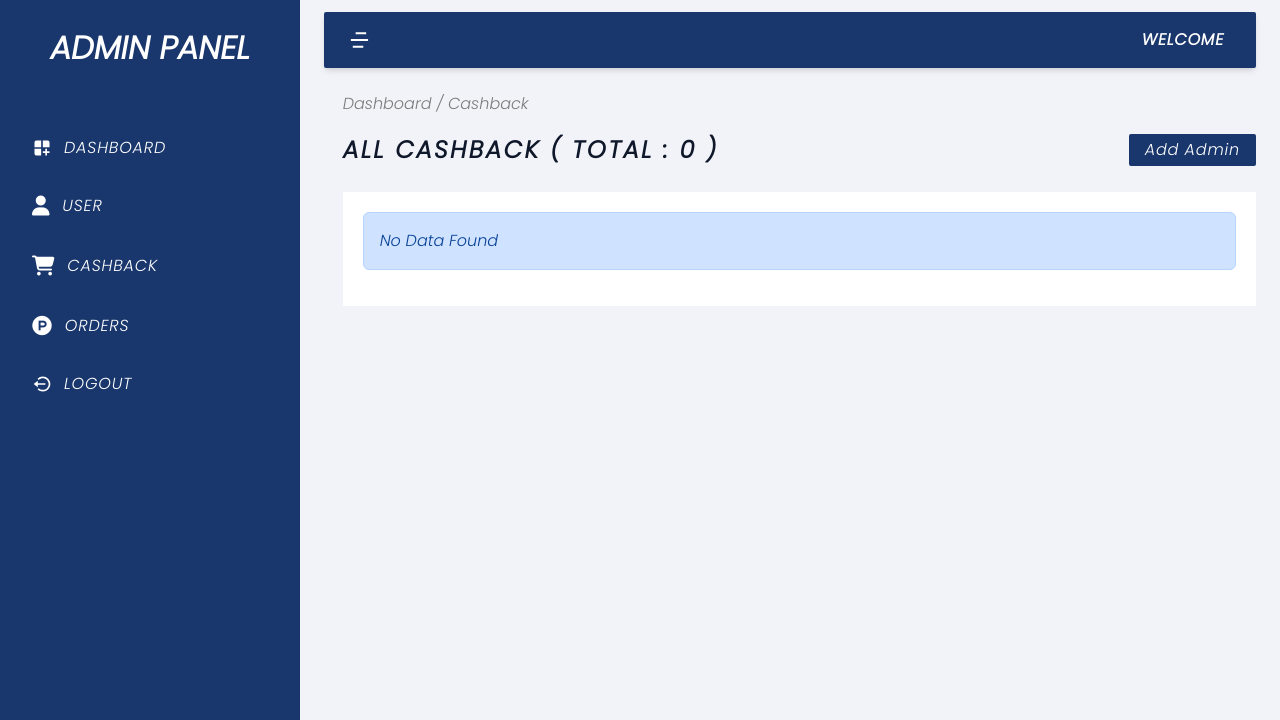
Repository: FlyweisReact/Ankit-Pandey-Admin-Panel
Page: /Customer
An editor plug-in stored every save of this project. The page is shown before and after the next save, followed by the edit.
The browser window is 1280 px wide. The pictures show the whole page.
The page's requests for data from a server got no answer. Some web libraries are served in a nearby version. The project was rebuilt for these pictures with package versions that can differ from the ones it lists, and the page was loaded fresh each time. No one was signed in, and anything a server would have sent is missing. Also part of the build but not shown: src/E-CommerceAdmin/pages/EAdmin.js. Imported but missing from the stored project, and not drawn on this page: src/E-CommerceAdmin/forms/Login, src/E-CommerceAdmin/pages/Dashboard, src/E-CommerceAdmin/pages/EAdminOrders.

Above is the page before, as saved 2023-06-16 15:08:19.

### public/index.html
<!-- @format -->

<!DOCTYPE html>
<html lang="en">
  <head>
    <meta charset="utf-8" />
    <meta name="viewport" content="width=device-width, initial-scale=1" />
    <meta name="theme-color" content="#000000" />
    <meta
      name="description"
      content="Web site created using create-react-app"
    />
    <link rel="icon" href="%PUBLIC_URL%/favicon.png" />
    <link rel="manifest" href="%PUBLIC_URL%/manifest.json" />
    <link rel="preconnect" href="https://fonts.googleapis.com">
<link rel="preconnect" href="https://fonts.gstatic.com" crossorigin>
<link href="https://fonts.googleapis.com/css2?family=Roboto+Mono:ital,wght@1,300&display=swap" rel="stylesheet">
    <title>Logo Fx</title>
  </head>
  <body>
    <noscript>You need to enable JavaScript to run this app.</noscript>
    <div id="root"></div>
    <script src="https://code.jquery.com/jquery-3.6.0.min.js"></script>
    <script src="https://kit.fontawesome.com/b533b351e4.js" crossorigin="anonymous"></script>
  </body>
</html>

### src/index.js
import React from "react";
import ReactDOM from "react-dom/client";
import "./index.css";
import App from "./App";
import { BrowserRouter } from "react-router-dom";
import 'bootstrap/dist/css/bootstrap.min.css'

const root = ReactDOM.createRoot(document.getElementById("root"));
root.render(
  <React.StrictMode>
    <BrowserRouter>
      <App />
    </BrowserRouter>
  </React.StrictMode>
);

### src/index.css
/** @format */

@tailwind base;
@tailwind components;
@tailwind utilities;

@import url("https://fonts.googleapis.com/css2?family=Roboto+Mono:ital,wght@1,300&display=swap");
@font-face {
  font-family: Roboto;
  src: url("./Fonts/Poppins-LightItalic.ttf");
}

body {
  margin: 0;
  font-family: Roboto !important;
  -webkit-font-smoothing: antialiased;
  -moz-osx-font-smoothing: grayscale;
}

code {
  font-family: Roboto !important;
}

html {
  font-family: Roboto !important;
}

::-webkit-scrollbar {
  width: 10px;
}
.fa-trash {
  color: red;
  cursor: pointer;
}

.iCOn {
  transition: 0.5s;
  box-shadow: none;
  transform: scale(1);
}
.cardDiv {
  cursor: pointer;
}

.cardDiv:hover .iCOn {
  box-shadow: rgba(0, 0, 0, 0.35) 0px 5px 15px;
  transform: scale(1.3);
}

/* Track */
::-webkit-scrollbar-track {
  background: #f1f1f1;
}

/* Handle */
::-webkit-scrollbar-thumb {
  background: #888;
}

/* Handle on hover */
::-webkit-scrollbar-thumb:hover {
  background: #555;
}
.profileImage {
  width: 100px;
}
.fa-eye {
  color: #029aff;
  cursor: pointer;
}
.fa-edit {
  cursor: pointer;
  color: blue;
}

.View {
  border: 1px solid black;
  width: 100%;
  padding: 10px;
}

.main-card--container {
  display: grid;
  grid-template-columns: repeat(3, minmax(300px, 500px));
  grid-gap: 50px;
  justify-content: space-around;
}
.card-container {
  margin: 25px 0 auto;
  box-shadow: rgba(0, 0, 0, 0.35) 0px 5px 15px;
  position: relative;
  display: grid;
  grid-template-columns: 1fr;
  justify-content: space-around;
  align-items: flex-start;
}

.myEdit:focus {
  box-shadow: rgba(0, 0, 0, 0.35) 0px 5px 15px;
}

.AstroLogin {
  color: #fff;
  background-color: #2b7a8e;
  padding: 10px;
  width: 380px;
  text-align: center;
  font-size: 20px;
  background: linear-gradient(to left, #2b7a8e 50%, #fff 50%) right;
  background-size: 200%;
  transition: 0.5s ease-out;
  border: 1px solid #2b7a8e;
  margin-top: 10px;
  text-transform: uppercase;
}
.AstroLogin:hover {
  background-position: left;
  color: #2b7a8e;
}

.EcommerceAdminLogin {
  color: #fff;
  background-color: #19376d;
  padding: 10px;
  width: 380px;
  text-align: center;
  font-size: 20px;
  background: linear-gradient(to left, #19376d 50%, #fff 50%) right;
  background-size: 200%;
  transition: 0.5s ease-out;
  border: 1px solid #19376d;
  margin-top: 10px;
  text-transform: uppercase;
}

.EcommerceAdminLogin:hover {
  background-position: left;
  color: #19376d;
}
.EcommerceVendorLogin {
  color: #fff;
  background-color: #576cbc;
  padding: 10px;
  width: 380px;
  text-align: center;
  font-size: 20px;
  background: linear-gradient(to left, #576cbc 50%, #fff 50%) right;
  background-size: 200%;
  transition: 0.5s ease-out;
  border: 1px solid #576cbc;
  margin-top: 10px;
  text-transform: uppercase;
}

.EcommerceVendorLogin:hover {
  background-position: left;
  color: #576cbc;
}

.view {
  background-color: #2196f3;
  color: #fff;
  width: 50%;
  padding: 5px;
}

.two-sec {
  display: flex;
  justify-content: space-evenly;
  justify-content: space-evenly;
}
.two-sec .left {
  width: 60%;
  background-color: #f6f1ef;
  padding: 20px;
}
.two-sec .left .head {
  font-size: 25px;
  font-weight: bold;
}

.two-sec .right {
  width: 30%;
  background-color: #f6f1ef;
}

.searchDiv {
  width: 100%;
  display: flex;
  gap: 10px;
  border: 1px solid rgb(179, 179, 179);
  padding: 10px;
  margin-bottom: 20px;
  align-items: center;
}
.searchDiv input {
  width: 94%;
  outline: none;
  border: none;
}

.flexCont {
  display: flex;
  align-items: center;
  gap: 10px;
}
.flexCont img {
  width: 60px;
  background-color: #e9ecef;
}

.blockContent {
  display: block;
}
.blockContent p {
  margin: 0;
}

.checkBox {
  width: 50px;
  height: 25px;
  background-color: #e9ecef;
  border-radius: 50px;
  position: relative;
  cursor: pointer;
}
.checkBox span {
  width: 20px;
  height: 20px;
  border-radius: 100%;
  background-color: #fff;
  position: absolute;
  left: 5px;
  top: 2px;
}
.ActivecheckBox {
  width: 50px;
  height: 25px;
  background-color: #0d6efd;
  border-radius: 50px;
  position: relative;
  cursor: pointer;
}
.ActivecheckBox span {
  width: 20px;
  height: 20px;
  border-radius: 100%;
  background-color: #fff;
  position: absolute;
  right: 5px;
  top: 2px;
}

.fa-eye {
  color: #0cba73;
  background-color: #d6f8e8;
  width: 40px;
  text-align: center;
  height: 40px;
  display: flex;
  border-radius: 100%;
  justify-content: center;
  padding-top: 10px;
  transition: 0.5s;
}

.fa-pen-to-square {
  color: #f4c39c;
  background-color: #ffebdb;
  width: 40px;
  text-align: center;
  height: 40px;
  display: flex;
  border-radius: 100%;
  justify-content: center;
  padding-top: 10px;
  cursor: pointer;
  transition: 0.5s;
}
.fa-trash {
  color: #df939f;
  background-color: #ffe1e8;
  width: 40px;
  text-align: center;
  height: 40px;
  display: flex;
  border-radius: 100%;
  justify-content: center;
  padding-top: 10px;
  cursor: pointer;
  transition: 0.5s;
}
.fa-trash:hover {
  transform: scale(1.2);
}
.fa-eye:hover {
  transform: scale(1.2);
}
.fa-pen-to-square:hover {
  transform: scale(1.2);
}
.required {
  color: #e74260;
}

.headP {
  margin-left: 2%;
  color: #7b7c7d;
}
.filterBox {
  display: flex;
  align-items: center;
  gap: 10px;
  border-bottom: 1px solid #d4d7dc;
  padding-bottom: 20px;
  margin-bottom: 20px;
}
.filterBox img {
  width: 30px;
}
.filterBox input {
  width: 100%;
  border: 1px solid #d4d7dc;
  outline: none;
  padding: 5px;
  color: black;
}
.sectionCont {
  width: 98%;
  background-color: #fff;
  margin-left: 2%;
  padding: 20px;
}

.overFlowCont {
  width: 100%;
  overflow-x: auto;
}

.logo {
  width: 300px;
  margin-bottom: 20px;
}

.updateProfile {
  margin-left: 20px;
  border: 1px solid #fff;
  border-radius: 100%;
  font-size: 1.2rem;
  padding: 10px;
  transition: 0.5s;
  cursor: pointer;
}
.updateProfile:hover {
  border: 1px solid #19376d;
  color: #19376d;
  background-color: #fff;
}

.Normalbtn {
  background-color: #19376d !important;
  border: 1px solid #19376d !important;
  border-radius: 0px !important;
}

.ImageCarousel {
  width: 150px !important;
  margin: 0px !important;
  height: 150px !important;
}
.CarouselImages {
  width: 150px !important;
  height: 150px !important;
}
.CarouselImages img {
  width: 100% !important;
  height: 100% !important;
}

.ModalCarousel {
  width: 100% !important;
  height: 500px !important;
}
.ModalCarousel {
  width: 100% !important;
  height: 500px !important;
}
.ModalCarousel img {
  width: 100% !important;
  height: 500px !important;
}

.gridCont {
  display: grid;
  grid-template-columns: auto auto auto;
  justify-content: space-evenly;
}
.gridCont div {
  width: 400px;
  height: 300px;
  box-shadow: rgba(0, 0, 0, 0.35) 0px 5px 15px;
  padding: 10px;
  position: relative;
  margin-top: 20px;
}
.gridCont div img {
  width: 100%;
}
.delete-Btn {
  width: 90%;
  margin-left: 2%;
  color: #c44b3f;
  border: 1px solid #c44b3f;
  position: absolute;
  bottom: 10px;
  transition: 0.5s;
  padding: 10px;
}

.delete-Btn:hover {
  background-color: #c44b3f;
  color: #fff;
}

.BannerCarousel {
  width: 300px;
  margin: 0px !important;
}
.BannerCarouselImage {
  width: 300px;
}
.BannerCarouselImage img {
  width: 100%;
}

.pagination {
  display: flex;
  justify-content: center;
  align-items: center;
  gap: 10px;
  margin-bottom: 20px;
}
.pagination button {
  border: 1px solid black;
  padding: 10px;
}

.activePage {
  background-color: #19376d;
  color: #fff;
  border: 1px solid #19376d !important;
}

.active {
  background-color: #fff;
  color: #19376d !important;
}
.prevBtn {
  background-color: #fff;
  color: #19376d;
  border: 1px solid #19376d !important;
  transition: 0.5s;
}

.prevBtn:hover,
.prevBtn:focus,
.prevBtn:active {
  background-color: #19376d;
  color: #fff;
  border: 1px solid #19376d !important;
}
.nextBtn {
  background-color: #fff;
  color: #19376d;
  border: 1px solid #19376d !important;
  transition: 0.5s;
}

.nextBtn:hover,
.nextBtn:focus,
.nextBtn:active {
  background-color: #19376d;
  color: #fff;
  border: 1px solid #19376d !important;
}

.dangerBox {
  position: relative;
}
.dangerBox i {
  position: absolute;
  top: 50%;
  left: 90%;
  transform: translate(-50%, -50%);
  cursor: pointer;
}

### src/App.js
/** @format */

import { Routes, Route } from "react-router-dom";
import { ToastContainer } from "react-toastify";
import "react-toastify/dist/ReactToastify.css";
import Login from "./E-CommerceAdmin/forms/Login";
import Dashboard from "./E-CommerceAdmin/pages/Dashboard";
import EAdminOrders from "./E-CommerceAdmin/pages/EAdminOrders";
import EAdminCustomer from "./E-CommerceAdmin/pages/EAdminCustomer";
import EAdmin from "./E-CommerceAdmin/pages/EAdmin";
function App() {
  return (
    <>
      <ToastContainer />

      <Routes>
        <Route path="/" element={<Login />} />
        <Route path="/Customer" element={<EAdminCustomer />} />
        <Route path="/dashboard" element={<Dashboard />} />
        <Route path="/Admin" element={<EAdmin />} />
        <Route path="/Orders" element={<EAdminOrders />} />


      </Routes>
    </>
  );
}

export default App;

### src/E-CommerceAdmin/pages/EAdminCustomer.js
/** @format */

import axios from "axios";
import React, { useEffect, useState } from "react";
import { Alert, Table } from "react-bootstrap";
import { toast } from "react-toastify";
import HOC from "../layout/HOC";

const EAdminCustomer = () => {
  const [data, setData] = useState([]);

  // Pagination and Filter
  const [query, setQuery] = useState("");
  const [currentPage2, setCurrentPage2] = useState(1);
  const [postPerPage2] = useState(10);
  const lastPostIndex2 = currentPage2 * postPerPage2;
  const firstPostIndex2 = lastPostIndex2 - postPerPage2;

  let pages2 = [];

  const TotolData = query
    ? data?.filter((i) =>
        i?.userId?.toLowerCase().includes(query?.toLowerCase())
      )
    : data;

  useEffect(() => {
    if (query) {
      setCurrentPage2(1);
    }
  }, [query]);

  const slicedData = TotolData?.slice(firstPostIndex2, lastPostIndex2);

  for (let i = 1; i <= Math.ceil(TotolData?.length / postPerPage2); i++) {
    pages2.push(i);
  }

  function Next() {
    setCurrentPage2(currentPage2 + 1);
  }

  function Prev() {
    if (currentPage2 !== 1) {
      setCurrentPage2(currentPage2 - 1);
    }
  }

  const fetchData = async () => {
    try {
      const { data } = await axios.get(
        "http://localhost:3040/api/v1/profile/getallCashBack"
      );
      setData(data.result);
    } catch (e) {
      console.log(e);
    }
  };

  useEffect(() => {
    fetchData();
  }, []);

  const deleteHandler = async (id) => {
    try {
      const { data } = await axios.delete(
        `http://ec2-65-1-248-95.ap-south-1.compute.amazonaws.com:8886/api/user/${id}`
      );
      toast.success(data.message);
      fetchData();
    } catch (e) {
      console.log(e);
    }
  };

  return (
    <>
      <p className="headP">Dashboard / Cashback</p>
      <div
        className="pb-4 sticky top-0  w-full flex justify-between items-center"
        style={{ width: "98%", marginLeft: "2%" }}
      >
        <span
          className="tracking-widest text-slate-900 font-semibold uppercase "
          style={{ fontSize: "1.5rem" }}
        >
          All Cashback ( Total : {data?.length} )
        </span>

        <button className="md:py-2 px-3 md:px-4 py-1 rounded-sm bg-[#19376d] text-white tracking-wider">
          Add Admin
        </button>
      </div>

      <section className="sectionCont">
        {data?.length === 0 || !data ? (
          <Alert>No Data Found</Alert>
        ) : (
          <>
            <div className="filterBox">
              <img
                src="https://t4.ftcdn.net/jpg/01/41/97/61/360_F_141976137_kQrdYIvfn3e0RT1EWbZOmQciOKLMgCwG.jpg"
                alt=""
              />
              <input
                type="search"
                placeholder="Start typing to search for Customers"
                onChange={(e) => setQuery(e.target.value)}
              />
            </div>

            <div className="overFlowCont">
              <Table>
                <thead>
                  <tr>
                    <th>SNo.</th>
                    <th>User Id</th>
                    <th>Cashback</th>
                    <th>Options</th>
                  </tr>
                </thead>
                <tbody>
                  {slicedData?.map((i, index) => (
                    <tr key={index}>
                      <td>#{index + 1} </td>
                      <td> {i.userId} </td>
                      <td>
                        {" "}
                        <i className="fa-solid fa-indian-rupee-sign"></i>{" "}
                        {i.cash}{" "}
                      </td>

                      <td>
                        <i
                          className="fa-solid fa-trash"
                          onClick={() => deleteHandler(i._id)}
                        />
                      </td>
                    </tr>
                  ))}
                </tbody>
              </Table>{" "}
              <div className="pagination">
                <button onClick={() => Prev()} className="prevBtn">
                  <i className="fa-solid fa-backward"></i>
                </button>
                {currentPage2 === 1 ? (
                  ""
                ) : (
                  <button onClick={() => setCurrentPage2(1)}>1</button>
                )}

                {pages2
                  ?.slice(currentPage2 - 1, currentPage2 + 3)
                  .map((i, index) =>
                    i === pages2?.length ? (
                      ""
                    ) : (
                      <button
                        key={index}
                        onClick={() => setCurrentPage2(i)}
                        className={currentPage2 === i ? "activePage" : ""}
                      >
                        {" "}
                        {i}{" "}
                      </button>
                    )
                  )}

                <button
                  onClick={() => setCurrentPage2(pages2?.length)}
                  className={
                    currentPage2 === pages2?.length ? "activePage" : ""
                  }
                >
                  {" "}
                  {pages2?.length}{" "}
                </button>

                {currentPage2 === pages2?.length ? (
                  ""
                ) : (
                  <button onClick={() => Next()} className="nextBtn">
                    {" "}
                    <i className="fa-sharp fa-solid fa-forward"></i>
                  </button>
                )}
              </div>
            </div>
          </>
        )}
      </section>
    </>
  );
};

export default HOC(EAdminCustomer);

### src/Screen/layout/HOC.jsx
/** @format */

import React, { useState } from "react";
import Navbar from "./Navbar";
import Sidebar from "./Sidebar";

const HOC = (Wcomponenet) => {
  return function Component() {
    const [hamb, setHamb] = useState(false);
    return (
      <>
        <section
          className="flex overflow-x-hidden relative "
          style={{ backgroundColor: "#f2f3f8" }}
        >
          {/* Sidebar */}
          <div
            className={
              hamb
                ? " absolute top-0 z-30 md:w-auto shadow-md bg-slate-200  w-60 transition-all md:-left-full left duration-150  h-auto overflow-y-auto  left-0 "
                : " md:w-72 z-30 bg-slate-200  shadow-md  md:static absolute top-0 -left-full   transition-all duration-150  overflow-y-auto h-auto"
            }
            style={{ minWidth: "300px" }}
          >
            <Sidebar hamb={hamb} setHamb={setHamb} />
          </div>
          {/* Components & Navbar */}
          <div
            className={
              hamb
                ? " transition-all px-4 py-2  duration-150 w-full h-screen"
                : " w-full h-screen  px-4 py-2   z-50 transition-all duration-150 "
            }
            style={{ backgroundColor: "#f2f3f8" }}
          >
            <Navbar hamb={hamb} setHamb={setHamb} />
            <div className="my-6 text-#000 h-[87%] wcomp overflow-y-auto">
              {" "}
              <Wcomponenet />
            </div>
          </div>
        </section>
      </>
    );
  };
};

export default HOC;

### src/Screen/layout/Navbar.jsx
/** @format */

import { RiMenu4Line } from "react-icons/ri";

const Navbar = ({ hamb, setHamb }) => {
  const AdminName = localStorage.getItem("AdminName")
  return (
    <>
      <div
        className={
          hamb
            ? "flex  w-full justify-between  my-1 rounded-sm  p-4 py-3 shadow-md items-center  bg-slate-200 space-x-4"
            : "flex  w-full justify-between my-1 rounded-sm  p-4 py-3 shadow-md items-center  bg-slate-200 space-x-4"
        }
        style={{ backgroundColor: "#19376d" }}
      >
        <RiMenu4Line
          onClick={() => setHamb(!hamb)}
          className="text-2xl font-bold text-gray-900 hover:scale-90 cursor-pointer"
          style={{ color: "#fff" }}
        />

        <section className="flex sm:ml-auto justify-end sm:w-full items-center space-x-2  pr-2">
          <figcaption className="tracking-wider pl-1 font-semibold">
            <div
              className="lg:text-base text-sm text-gray-900  uppercase"
              style={{ color: "#fff" }}
            >
              Welcome {AdminName}
            </div>
          </figcaption>
        </section>
      </div>
    </>
  );
};

export default Navbar;

### src/Screen/layout/Sidebar.jsx
/** @format */

import React from "react";
import { RiCloseLine } from "react-icons/ri";
import { Link, useNavigate } from "react-router-dom";
import { BiLogOutCircle } from "react-icons/bi";
import { MdDashboardCustomize } from "react-icons/md";

const Sidebar = ({ hamb, setHamb }) => {
  const navigate = useNavigate();

  const nav = [
    {
      icon: <MdDashboardCustomize className="text-xl mr-3 rounded-full " />,
      link: "/dashboard ",
      name: "Dashboard",
    },
    {
      icon: <i className="fa-solid fa-user text-xl mr-3 rounded-full"></i>,
      link: "/Admin",
      name: "User",
    },
    {
      icon: (
        <i className="fa-solid fa-cart-shopping text-xl mr-3 rounded-full"></i>
      ),
      link: "/Customer",
      name: "Cashback",
    },
    {
      icon: (
        <i className="fa-brands fa-product-hunt text-xl mr-3 rounded-full"></i>
      ),
      link: "/Orders",
      name: "Orders",
    }
  ];

  const logOut = () => {
    localStorage.clear()
    navigate("/");
  };

  return (
    <>
      <aside
        className="p-4 h-auto"
        style={{ backgroundColor: "#19376d", minHeight: "100vh" }}
      >
        {/* Top */}
        <div className="w-full md:hidden relative  p-2 mb-4">
          <RiCloseLine
            onClick={() => setHamb(!hamb)}
            className="text-3xl  absolute top-2 sm:hover:rotate-[228deg] transition-transform font-bold right-2 sm:hover:text-[22px] text-[rgb(241,146,46)] cursor-pointer"
          />
        </div>{" "}
        <figure className="flex  flex-col items-center">
          <span
            className="font-bold text-[#fff]"
            style={{
              fontSize: "2rem",
              textAlign: "center",
              textTransform: "uppercase",
            }}
          >
            {" "}
            ADMIN PANEL
          </span>
        </figure>
        <nav className="py-6">
          {nav.map((nav) => {
            return (
              <Link
                to={nav.link}
                key={nav.name}
                className=""
                style={{ textDecoration: "none", textTransform: "uppercase" }}
              >
                <span
                  className="flex my-3 items-center cursor-pointer text-gray-900    tracking-wider p-2 rounded-sm"
                  style={{ color: "#FFF" }}
                >
                  {nav.icon} {nav.name}
                </span>
              </Link>
            );
          })}
          <span
            className="flex my-3 items-center cursor-pointer text-gray-900    tracking-wider p-2 rounded-sm"
            onClick={() => logOut()}
            style={{ color: "#FFF", textTransform: "uppercase" }}
          >
            <BiLogOutCircle className="text-xl mr-3 rounded-full " /> LogOut
          </span>
        </nav>
      </aside>
    </>
  );
};

export default Sidebar;

Loaded but not shown: tailwind.config.js (common file)

After the next save:
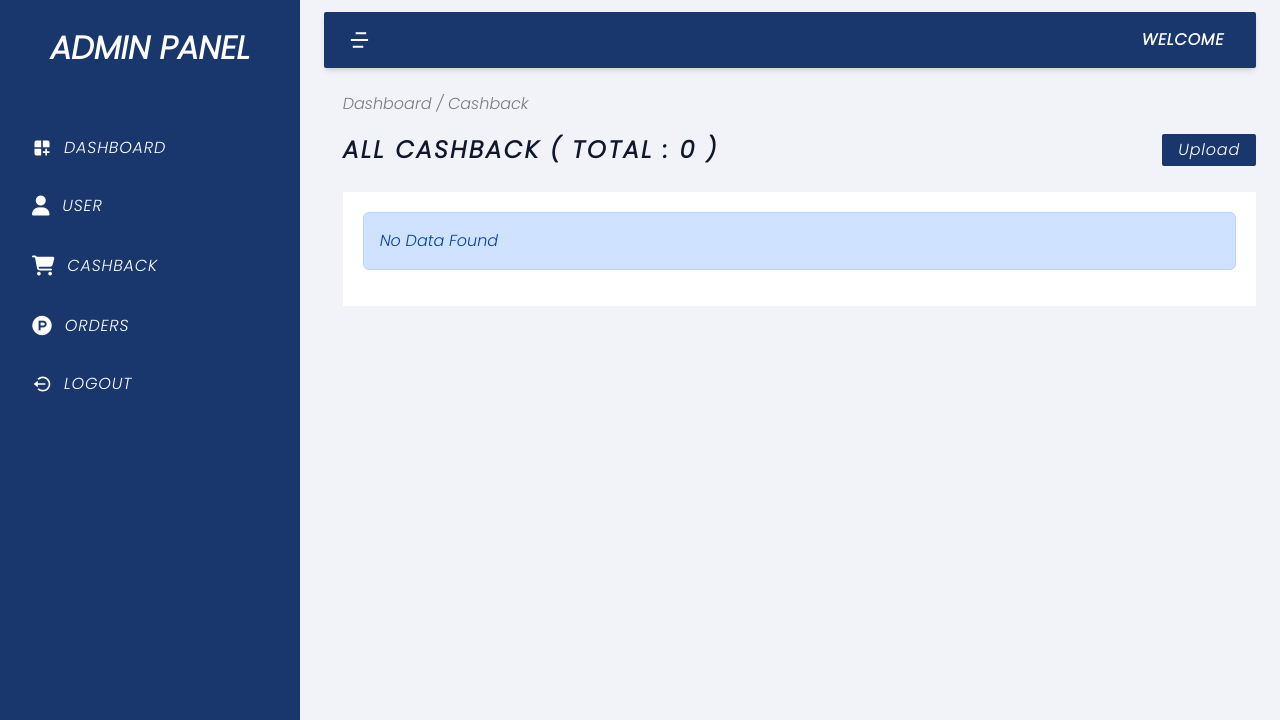
Saved 4 s later.
--- a/src/E-CommerceAdmin/pages/EAdminCustomer.js
+++ b/src/E-CommerceAdmin/pages/EAdminCustomer.js
@@ -88,7 +88,7 @@ const EAdminCustomer = () => {
         </span>
 
         <button className="md:py-2 px-3 md:px-4 py-1 rounded-sm bg-[#19376d] text-white tracking-wider">
-          Add Admin
+          Upload
         </button>
       </div>
 
